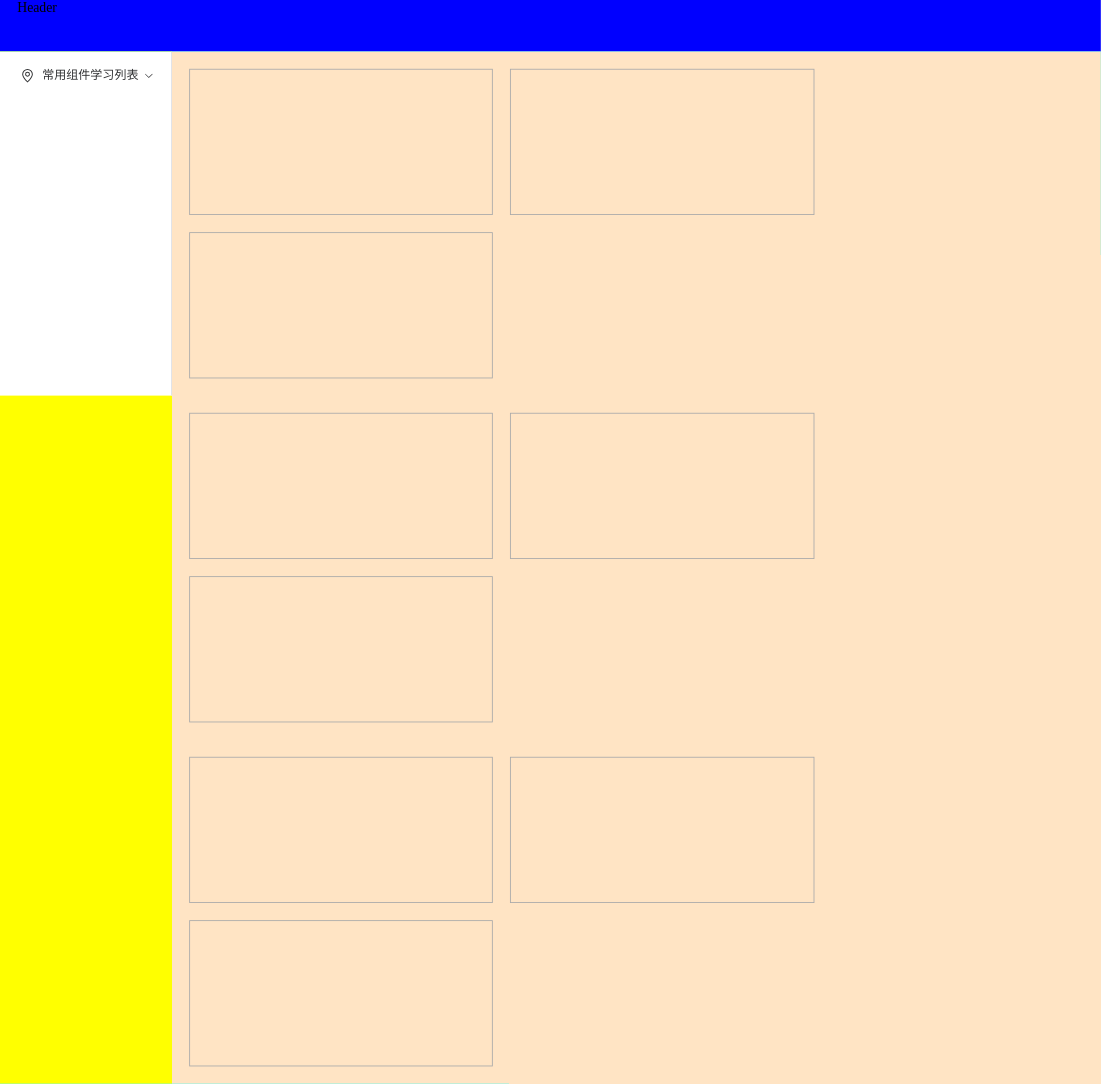
Repository: 553559555/vue3-project
Page: /#/index (app in vue3-app/)
An editor plug-in stored every save of this project. The page is shown before and after the next save, followed by the edit.
The browser window is 1280 px wide. The pictures show the whole page, at 86% of full size.
The project was rebuilt for these pictures with package versions that can differ from the ones it lists, and the page was loaded fresh each time. Also part of the build but not shown: vue3-app/vite.config.ts.

Above is the page before, as saved 2025-03-24 10:37:35.

After the next save:
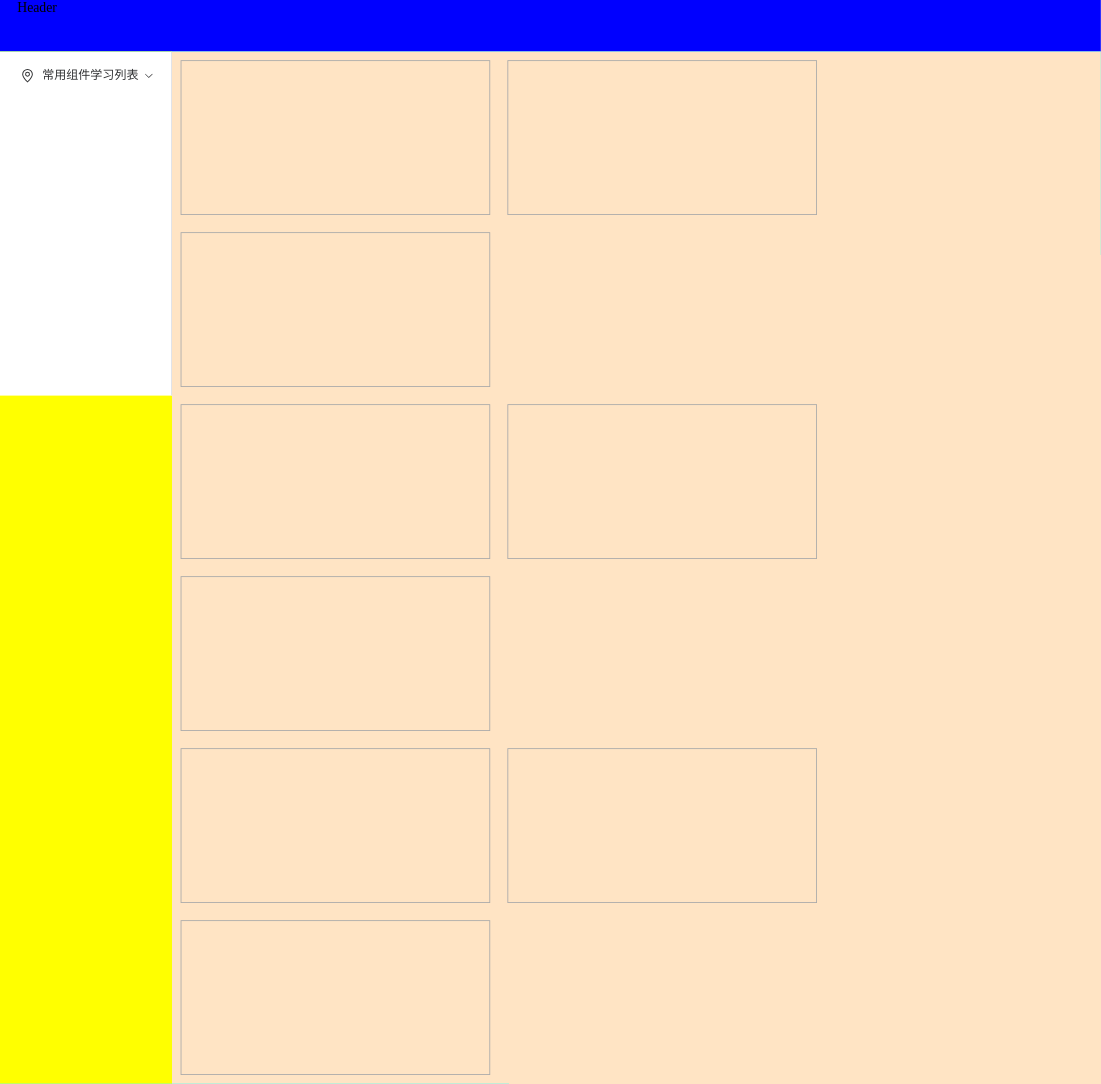
Saved 14 s later.
--- a/vue3-app/src/views/Home.vue
+++ b/vue3-app/src/views/Home.vue
@@ -50,7 +50,7 @@
   box-sizing: border-box;
 
   .row {
-    padding: 10px;
+    // padding: 10px;
     height: 400px;
 
     .el-col {
